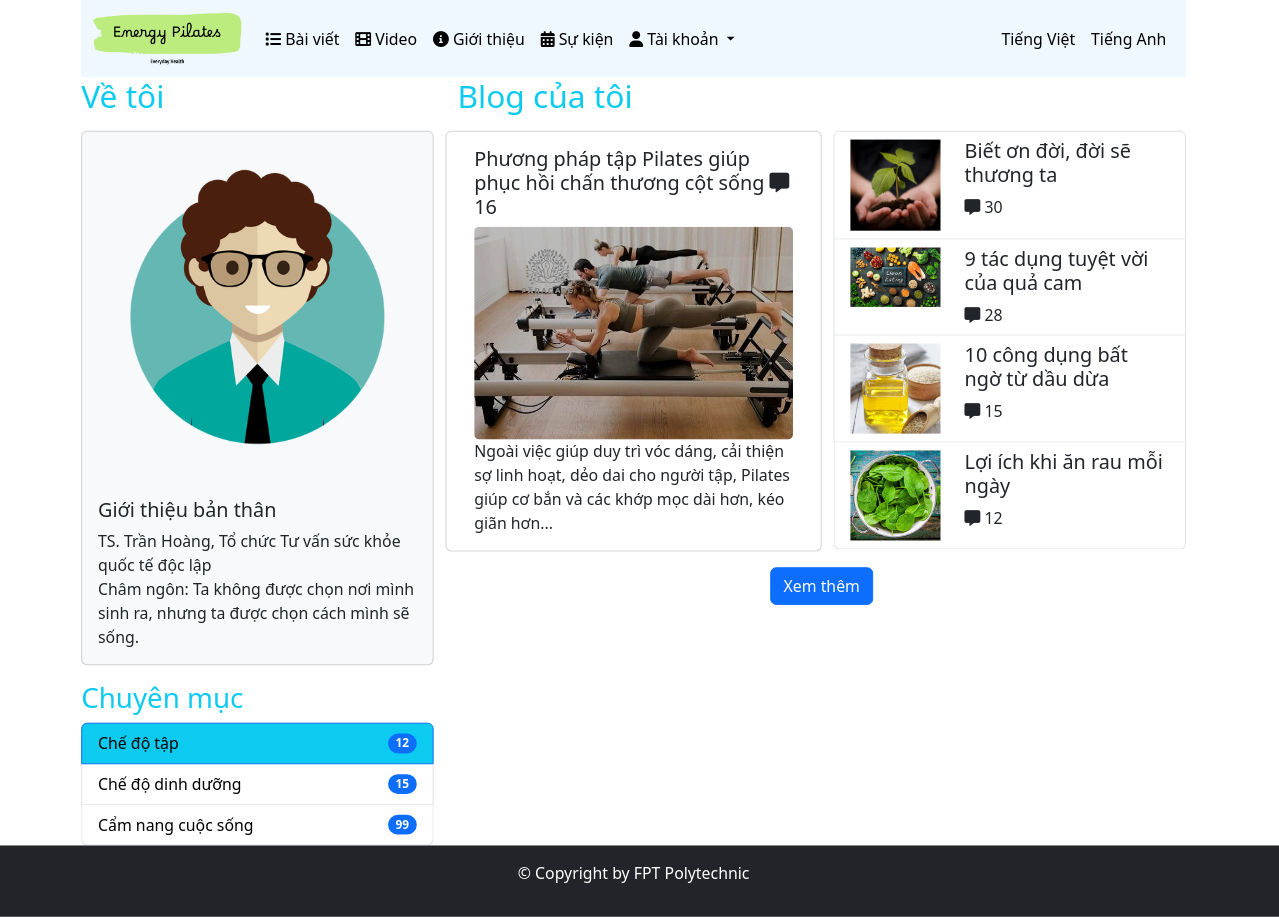
Repository: KizukoHeiwa/SOF308
Page: Lab1/index.html
The author's editor kept a copy of each file at every save. The page is drawn from the files as they stood at one save, then again after the next save.
The browser window is 1280 px wide. The page is 1292 px wide, so the pictures cover 1292 px, including what lies to the right of the window. The pictures show the whole page, at 99% of full size.

Above is the page before, as saved 2024-10-31 10:53:44.

After the next save:
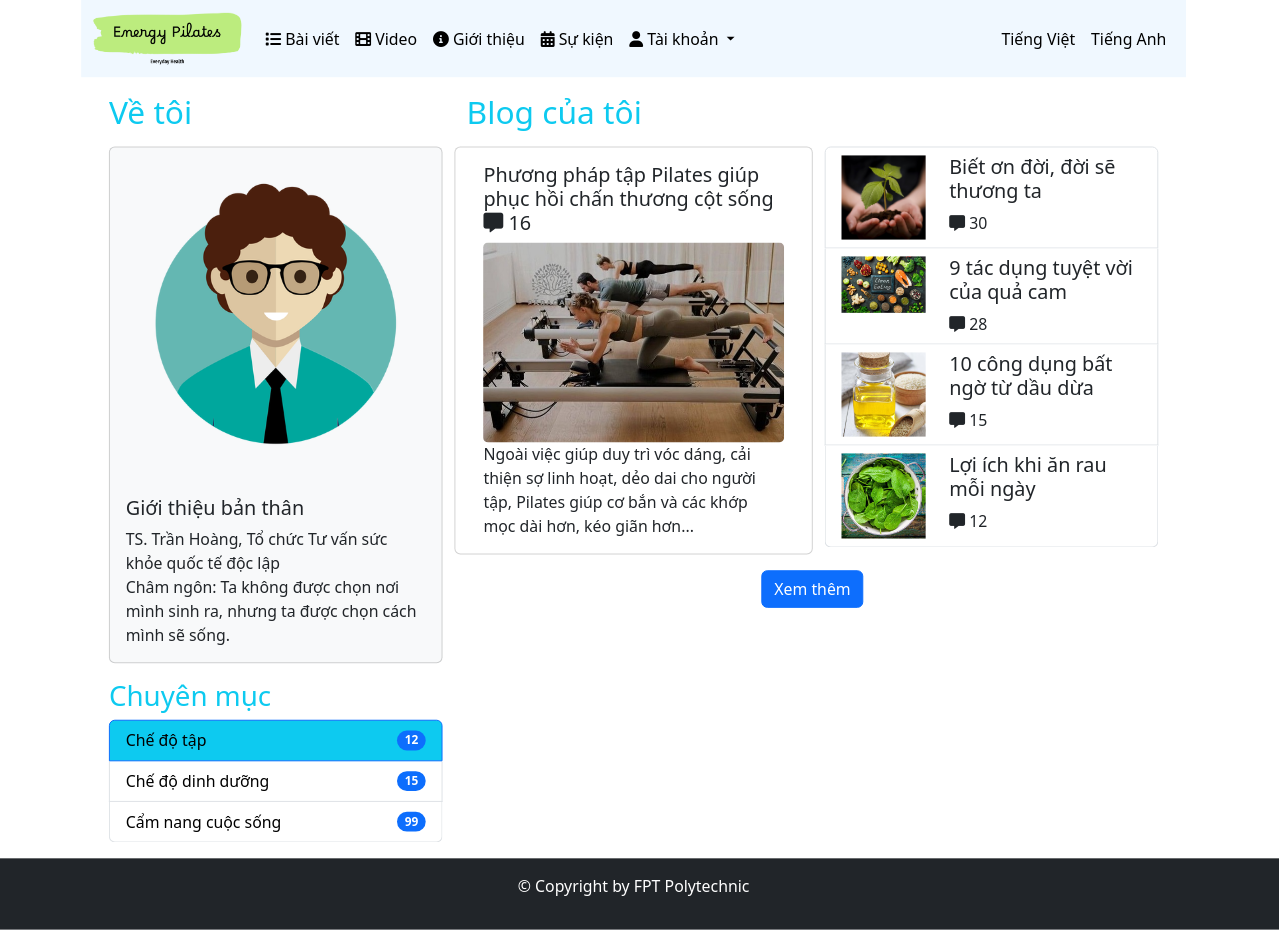
Saved 84 s later.
--- a/Lab1/index.html
+++ b/Lab1/index.html
@@ -78,7 +78,7 @@
                 </div>
             </nav>
         </header>
-        <section class="row">
+        <section class="row m-3">
             <aside class="col-sm-4">
                 <div class="col-sm">
                     <h2 class="text-info mb-3">Về tôi</h2>
